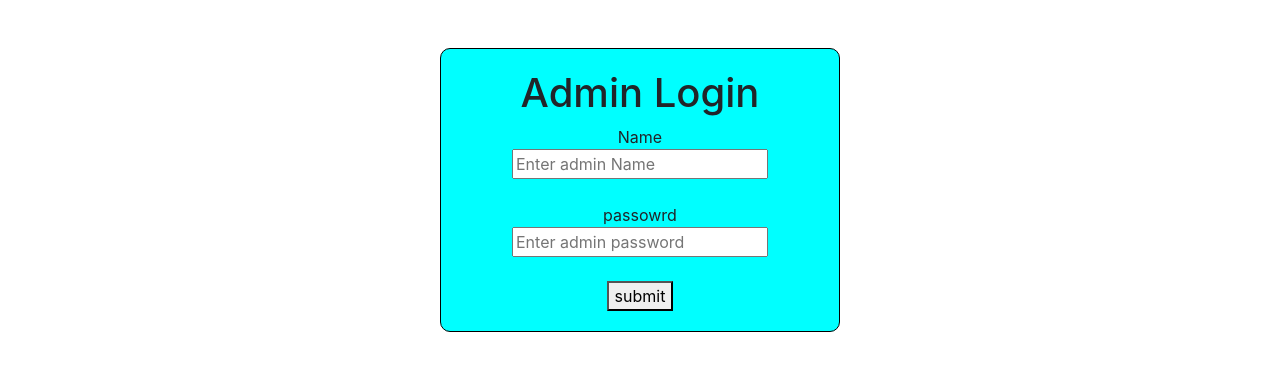
Repository: parthikjadav/parthik-react-practicle-exam
Page: /
An editor plug-in stored every save of this project. The page is shown before and after the next save, followed by the edit.
The browser window is 1280 px wide. The pictures show the whole page.
The project was rebuilt for these pictures with package versions that can differ from the ones it lists, and the page was loaded fresh each time. Requests to the local data server were answered from the project's data file. Also part of the build but not shown: src/App.css, src/componet/page/Reservationform.jsx, src/componet/page/Reservationlist.jsx, src/componet/header/navdata.js, src/componet/header/Navbar.jsx.

Above is the page before, as saved 2024-05-16 10:39:34.

### public/index.html
<!DOCTYPE html>
<html lang="en">
  <head>
    <meta charset="utf-8" />
    <link rel="icon" href="%PUBLIC_URL%/favicon.ico" />
    <meta name="viewport" content="width=device-width, initial-scale=1" />
    <meta name="theme-color" content="#000000" />
    <meta
      name="description"
      content="Web site created using create-react-app"
    />
    <link rel="apple-touch-icon" href="%PUBLIC_URL%/logo192.png" />
    <link href="https://cdn.jsdelivr.net/npm/bootstrap@5.0.2/dist/css/bootstrap.min.css" rel="stylesheet" integrity="sha384-EVSTQN3/azprG1Anm3QDgpJLIm9Nao0Yz1ztcQTwFspd3yD65VohhpuuCOmLASjC" crossorigin="anonymous">
    <!--
      manifest.json provides metadata used when your web app is installed on a
      user's mobile device or desktop. See https://developers.google.com/web/fundamentals/web-app-manifest/
    -->
    <link rel="manifest" href="%PUBLIC_URL%/manifest.json" />
    <script src="https://cdn.jsdelivr.net/npm/bootstrap@5.0.2/dist/js/bootstrap.bundle.min.js" integrity="sha384-MrcW6ZMFYlzcLA8Nl+NtUVF0sA7MsXsP1UyJoMp4YLEuNSfAP+JcXn/tWtIaxVXM" crossorigin="anonymous"></script>
    <!--
      Notice the use of %PUBLIC_URL% in the tags above.
      It will be replaced with the URL of the `public` folder during the build.
      Only files inside the `public` folder can be referenced from the HTML.

      Unlike "/favicon.ico" or "favicon.ico", "%PUBLIC_URL%/favicon.ico" will
      work correctly both with client-side routing and a non-root public URL.
      Learn how to configure a non-root public URL by running `npm run build`.
    -->
    <title>React App</title>
  </head>
  <body>
    <noscript>You need to enable JavaScript to run this app.</noscript>
    <div id="root"></div>
    <!--
      This HTML file is a template.
      If you open it directly in the browser, you will see an empty page.

      You can add webfonts, meta tags, or analytics to this file.
      The build step will place the bundled scripts into the <body> tag.

      To begin the development, run `npm start` or `yarn start`.
      To create a production bundle, use `npm run build` or `yarn build`.
    -->
  </body>
</html>

### src/index.js
import React from 'react';
import ReactDOM from 'react-dom/client';
import './index.css';
import App from './App';
import { BrowserRouter } from 'react-router-dom';
import { Provider } from 'react-redux';
import store from './componet/redux-saga/store';


const root = ReactDOM.createRoot(document.getElementById('root'));
root.render(
  <BrowserRouter>
    <React.StrictMode>
      <Provider store={store}>
      <App />
      </Provider>
    </React.StrictMode>
  </BrowserRouter>

);

### src/App.js
import { Route, Routes } from 'react-router-dom';
import './App.css';
import Adminlogin from './componet/page/Adminlogin';
import Reservationfrom from './componet/page/Reservationform';
import Reservationlist from './componet/page/Reservationlist';
import Navbar from './componet/header/Navbar';
import { useEffect } from 'react';
import { useDispatch } from 'react-redux';
import { GET_ROOM_PENDING } from './componet/redux-saga/room/action';
import { base_url, get_url } from './url';

const getRole = () => {
  const role = localStorage.getItem("role");
  return role;
};


function App() {

  const role = getRole();
  let dispatch = useDispatch();

  useEffect(() => {
    let url = base_url + get_url;
    dispatch({ type: GET_ROOM_PENDING, payload: url })
  })


  if (!role || role === "") {
    return (
      <Routes>
        <Route path="/" element={<Adminlogin />} />
      </Routes>
    );
  }

  if (role === "admin") {
    return (
      <>
        <Navbar />
        <Routes>
          <Route path="/reservation" element={<Reservationfrom />} />
          <Route path="/ReservationList" element={<Reservationlist />} />
        </Routes>
      </>
    );
  }



}

export default App;

### src/componet/redux-saga/store.js
import { applyMiddleware, createStore } from "redux";
import createSagaMiddleware from "redux-saga";
import { composeWithDevTools } from "@redux-devtools/extension";
import rootReducers from "./rootreducer";
import rootSaga from "./saga";



let sagaMiddleware = createSagaMiddleware();
const store = createStore(
    rootReducers,
    composeWithDevTools(applyMiddleware(sagaMiddleware))
);

sagaMiddleware.run(rootSaga)

export default store

### src/componet/page/Adminlogin.jsx
import React, { useRef } from 'react'
import "./AdminLogin.css"

const Adminlogin = () => {
    let name = useRef();
    let passowrd = useRef();

    const logindata = async () => {
        let data = {
            name: name.current.value,
            password: passowrd.current.value
        }
        console.log(data);
        if ("jignesh" == data.name && "3315" == data.password) {
            localStorage.setItem("role", "admin");
            window.location.href = "/reservation"
            console.log("login successfull");
            alert("login successfull")
        } else {
            alert("Error")
        }
    }
    return (
        <>
            <div class="mx-auto m-5 form" style={{ width: "400px" }}>
                <h1>Admin Login </h1>
                <label>Name  </label>
                <input type="text" placeholder='Enter admin Name' ref={name} /><br />
                <label>passowrd </label>
                <input type="password" placeholder='Enter admin password' ref={passowrd} /><br />
                <button onClick={logindata}>submit</button>
            </div>
        </>

    )
}

export default Adminlogin

### src/componet/redux-saga/room/action.js
//get action
export const GET_ROOM_PENDING = "GET_ROOM_PENDING";
export const GET_ROOM_SUCCESS = "GET_ROOM_SUCCESS";
export const GET_ROOM_ERROR = "GET_ROOM_ERROR";

//post action
export const POST_ROOM_PENDING = "POST_ROOM_PENDING";
export const POST_ROOM_SUCCESS = "POST_ROOM_SUCCESS";
export const POST_ROOM_ERROR = "POST_ROOM_ERROR";

//DELETE action
export const DELETE_ROOM_PENDING = "DELETE_ROOM_PENDING";
export const DELETE_ROOM_SUCCESS = "DELETE_ROOM_SUCCESS";
export const DELETE_ROOM_ERROR = "DELETE_ROOM_ERROR";

//UPDATA action
export const UPDATA_ROOM_PENDING = "UPDATA_ROOM_PENDING";
export const UPDATA_ROOM_SUCCESS = "UPDATA_ROOM_SUCCESS";
export const UPDATA_ROOM_ERROR = "UPDATA_ROOM_ERROR";

### src/url.js
export const base_url = "http://localhost:5000";

export const post_url = "/room";

export const get_url = "/room"

export const delete_url = "/room/"

export const updata_url = "/room/"

### src/componet/redux-saga/rootreducer.js
import { combineReducers } from "redux";
import roomReducer from "./room/reducer";


let rootReducers = combineReducers({
    roomReducer,
});

export default  rootReducers;

### src/componet/redux-saga/saga/index.js
import { all, call, put, takeLatest } from "redux-saga/effects";
import { DELETE_ROOM_ERROR, DELETE_ROOM_PENDING, DELETE_ROOM_SUCCESS, GET_ROOM_ERROR, GET_ROOM_PENDING, GET_ROOM_SUCCESS, POST_ROOM_ERROR, POST_ROOM_PENDING, POST_ROOM_SUCCESS, UPDATA_ROOM_ERROR, UPDATA_ROOM_PENDING, UPDATA_ROOM_SUCCESS } from "../room/action";
import { delete_room, get_room, post_room, updata_room } from "../room/api";

function* handle_post_room(action) {
    // console.log(action, "action from handle post room");
    try {
        let { data, status } = yield call(post_room, action);
        // console.log(data, status, "data and status from handle post room");
        if (status == 201 || status == 200) {
            yield put({ type: POST_ROOM_SUCCESS, data });
        } else {
            yield put({ type: POST_ROOM_ERROR, data });
        }
    }
    catch (error) {
        yield put({ type: POST_ROOM_ERROR, data: error })
    }
}

function* handle_get_room(action) {
    // console.log(action, "action from handle get room");
    try {
        let { data, status } = yield call(get_room, action);
        // console.log(data, status, "data and status from handle get room");
        if (status == 200) {
            yield put({ type: GET_ROOM_SUCCESS, data });
        }
        else {
            yield put({ type: GET_ROOM_ERROR, data });
        }
    }
    catch (error) {
        yield put({ type: GET_ROOM_ERROR, data: error });
    }
}

function* handle_delete_room(action) {
    // console.log(action, "action from handle delete room");
    try {
        let { data, status } = yield call(delete_room, action);
        // console.log(data, status, "data and status from handle delete room");
        if (status == 200) {
            yield put({ type: DELETE_ROOM_SUCCESS, data });
        } else {
            yield put({ type: DELETE_ROOM_ERROR, data });
        }
    }
    catch (error) {
        yield put({ type: DELETE_ROOM_ERROR, daat: error })
    }
}

function* handle_updata_room(action) {
    console.log(action, "action from handle updata room");
    try {
        let { data, status } = yield call(updata_room, action);
        console.log(data, status, "data and status from handle updata room");
        if (status == 200) {
            yield put({ type: UPDATA_ROOM_SUCCESS, data });
        }
        else {
            yield put({ type: UPDATA_ROOM_ERROR, data });
        }
    }
    catch (error) {
        yield put({ type: UPDATA_ROOM_ERROR, data: error })
    }
}

function* handle_post_room_saga() {
    yield takeLatest(POST_ROOM_PENDING, handle_post_room)
}

function* handle_get_room_saga() {
    yield takeLatest(GET_ROOM_PENDING, handle_get_room)
}

function* handle_delete_room_saga() {
    yield takeLatest(DELETE_ROOM_PENDING, handle_delete_room)
}

function* handle_updata_room_saga() {
    yield takeLatest(UPDATA_ROOM_PENDING, handle_updata_room)
}

function* rootSaga() {
    yield all([handle_post_room_saga(), handle_get_room_saga(), handle_delete_room_saga() , handle_updata_room_saga()])
}

export default rootSaga

### src/componet/page/AdminLogin.css
.form{
  width: 200px;
  background-color: aqua;
  padding: 20px;
  margin: 0px auto;
  display: flex;
  flex-direction: column;
  justify-content: center;
  align-items: center;
  border: 1px solid black;
  border-radius: 10px
}

### src/componet/redux-saga/room/reducer.js
import { DELETE_ROOM_ERROR, DELETE_ROOM_PENDING, DELETE_ROOM_SUCCESS, GET_ROOM_ERROR, GET_ROOM_PENDING, GET_ROOM_SUCCESS, POST_ROOM_PENDING, POST_ROOM_SUCCESS, UPDATA_ROOM_ERROR, UPDATA_ROOM_PENDING, UPDATA_ROOM_SUCCESS } from "./action";


let initialState = {
    room: [],
    isLoading: false,
    isError: null,
};

let roomReducer = (state = initialState, action) => {
    console.log(action, "action from reducer");
    switch (action.type) {
        //post user
        case POST_ROOM_PENDING: {
            return {
                isLoading: true,
                ...state,
            }
        }
        case POST_ROOM_SUCCESS: {
            return {
                isLoading: false,
                room: state.room.concat(action.data),
            }
        }
        case POST_ROOM_SUCCESS: {
            return {
                isError: action.data,
                ...state,
            }
        }
        //get user
        case GET_ROOM_PENDING: {
            return {
                isLoading: true,
                ...state,
            }
        }
        case GET_ROOM_SUCCESS: {
            return {
                isLoading: false,
                room: action.data,
            }
        }
        case GET_ROOM_ERROR: {
            return {
                ...state,
                isError: action.data,
            }
        }
        //delete user
        case DELETE_ROOM_PENDING: {
            return {
                isLoading: true,
                ...state,
            }
        }
        case DELETE_ROOM_SUCCESS: {
            return {
                isLoading: false,
                room: state.room.filter((item) => item.id != action.data.id)
            }
        }
        case DELETE_ROOM_ERROR: {
            return {
                isLoading: false,
                isError: action.data,
            }
        }
        //update user
        case UPDATA_ROOM_PENDING: {
            return {
                isLoading: true,
                ...state,
            }
        }
        case UPDATA_ROOM_SUCCESS: {
            return {
                isLoading: false,
                room: state.room.map((value, index) => {
                    if (value.id == action.data.id) {
                        return {
                            ...value,
                            ...action.data,
                        }
                    } else {
                        return value;
                    }
                })
            }
        }
        case UPDATA_ROOM_ERROR: {
            return {
                isError: action.data,
                ...state,
            }
        }
        default: {
            return {
                ...state,
            }
        }
    }
}

export default roomReducer

### src/componet/redux-saga/room/api.js
import axios from "axios";
import { base_url, delete_url, get_url, post_url, updata_url } from "../../../url";


let post_room = (action) => {
    // console.log(action ,"this action from post room");
    return axios.post(base_url + post_url, action.payload).then((res) => {
        // console.log(res,"res is post room");
        let data = res.data;
        let status = res.status;
        return { data, status }
    })
}

let get_room = (action) => {
    // console.log(action, "this action from get rom");
    return axios.get(base_url + get_url).then((res) => {
        // console.log(res, "res is get rom");
        let data = res.data;
        let status = res.status;
        return { data, status }
    })
}

let delete_room = (action) => {
    // console.log(action, "this action from delete room");
    return axios.delete(base_url + delete_url + action.payload).then((res) => {
        // console.log(res, "res is delete room");
        let data = res.data;
        let status = res.status;
        return { data, status };
    })
}

let updata_room = (action) => {
    console.log(action, "this action from updata room");
    return axios.put(base_url + updata_url + action.payload.id, action.payload).then((res) => {
        console.log(res, "res is updata room");
        let data = res.data;
        let status = res.status;
        return { data, status }
    })
}

export { post_room, get_room, delete_room, updata_room }

### db.json
{
  "room": [
    {
      "id": "8675",
      "name": "jignesh",
      "mobile": "1235467892",
      "address": "kamrej surat",
      "arrival": "2024-05-10",
      "checkout": "2024-05-14",
      "roomlist": "platinum",
      "roomtype": "double bedroom",
      "lunchtime": "breakfast and lunch"
    },
    {
      "id": "50ac",
      "name": "test",
      "mobile": "9876543214",
      "address": "surat",
      "arrival": "2024-05-02",
      "checkout": "2024-05-12",
      "roomlist": "prime",
      "roomtype": "double bedroom",
      "lunchtime": "breakfast and lunch"
    },
    {
      "id": "c1a8",
      "name": "abcd",
      "mobile": "7539684216",
      "address": "surat",
      "arrival": "2024-05-05",
      "checkout": "2024-05-07",
      "roomlist": "platinum",
      "roomtype": "single bedroom",
      "lunchtime": "breakfast"
    }
  ]
}

Loaded but not shown: src/index.css (common file)

After the next save:
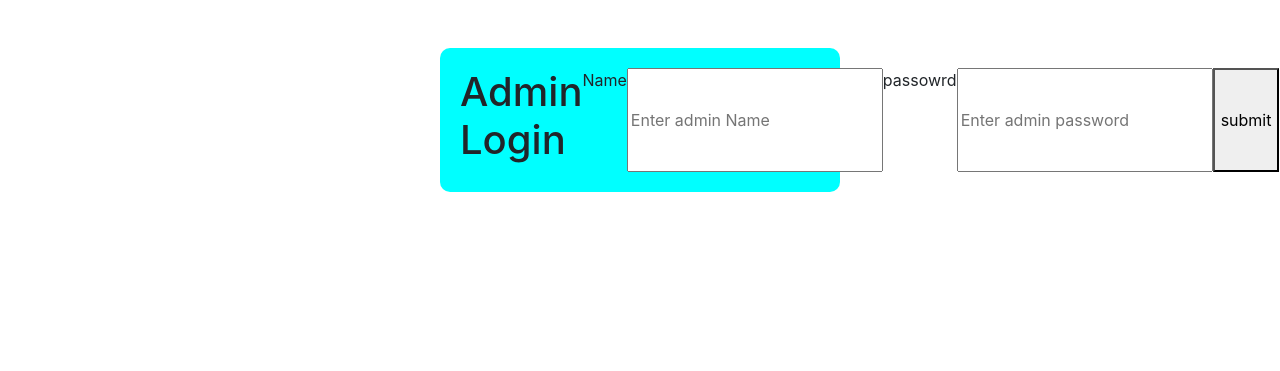
Saved 20 s later.
--- a/src/componet/page/AdminLogin.css
+++ b/src/componet/page/AdminLogin.css
@@ -4,9 +4,9 @@
   padding: 20px;
   margin: 0px auto;
   display: flex;
-  flex-direction: column;
+  /* flex-direction: column;
   justify-content: center;
   align-items: center;
-  border: 1px solid black;
+  border: 1px solid black; */
   border-radius: 10px
 }
